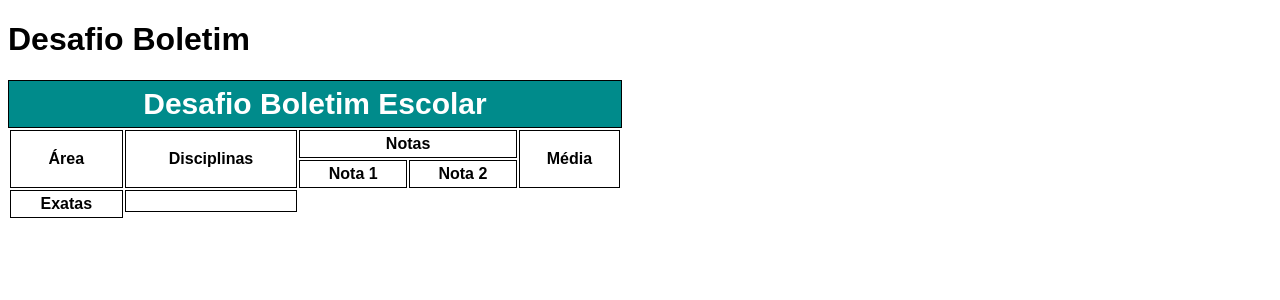
Repository: railsondev/html-css
Page: Módulo3/Desafio/D05 - Tabela Boletim escolar/boletim.html
The author's editor kept a copy of each file at every save. The page is drawn from the files as they stood at one save, then again after a run of saves.
The browser window is 1280 px wide. The pictures show the whole page.

Above is the page before, as saved 2024-10-22 12:38:29.

### Módulo3/Desafio/D05 - Tabela Boletim escolar/boletim.html
<!DOCTYPE html>
<html lang="en">
<head>
  <meta charset="UTF-8">
  <meta name="viewport" content="width=device-width, initial-scale=1.0">
  <title>Tabelas</title>
  <link rel="stylesheet" href="src/css/estilo.css">
</head>
<body>
  <h1>Desafio Boletim</h1>
  <table>
    <caption>Desafio Boletim Escolar</caption>
    <thead>
        <th rowspan="2" scope="rowgroup">Área</th>
        <th rowspan="2" scope="rowgroup">Disciplinas</tg>
        <th colspan="2" scope="colgroup">Notas</th>
        <th rowspan="2" scope="rowgroup">Média</th>
      <tr>
        <th>Nota 1</th>
        <th>Nota 2</th>
      </tr>
    </thead>
    <tbody>
      <tr>
        <th rowspan="4" scope="rowgroup">Exatas</th>
        <td></td>
      </tr>
      <tr></tr>
      <tr></tr>
      <tr></tr>
      <tr></tr>
      <tr></tr>
      <tr></tr>
      <tr></tr>
    </tbody>
  </table>
</body>
</html>

### Módulo3/Desafio/D05 - Tabela Boletim escolar/src/css/estilo.css
@charset 'UTF-8';

body {
  font-family: Arial, Helvetica, sans-serif;
  font-weight: 100px;
}
table, caption {
  border-collapse: separate;
  width: 600px;
}
caption {
  background-color: darkcyan;
  color: white;
  font-weight: bold;
  font-size: 30px;
  border-collapse: collapse;
  border: 1px solid black;
  padding: 6px;
}
td, th {
  border: 1px solid black;
  padding: 4px;
}

After the next 2 saves:
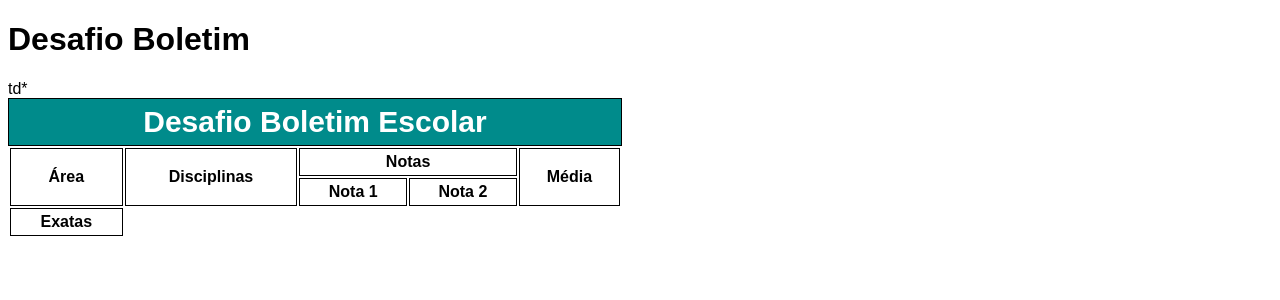
The 2 saves are shown as one change because they came seconds apart.
The last was saved 13 s later.
--- a/Módulo3/Desafio/D05 - Tabela Boletim escolar/boletim.html
+++ b/Módulo3/Desafio/D05 - Tabela Boletim escolar/boletim.html
@@ -23,7 +23,7 @@
     <tbody>
       <tr>
         <th rowspan="4" scope="rowgroup">Exatas</th>
-        <td></td>
+        td*
       </tr>
       <tr></tr>
       <tr></tr>

After the save that followed:
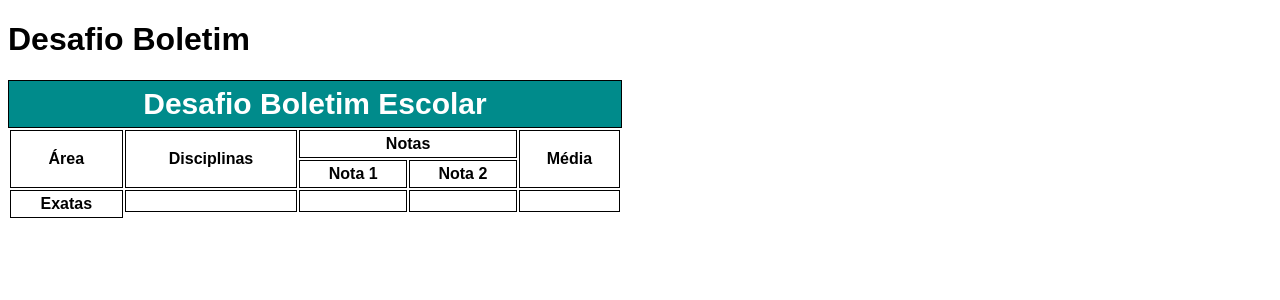
Saved 12 s later.
--- a/Módulo3/Desafio/D05 - Tabela Boletim escolar/boletim.html
+++ b/Módulo3/Desafio/D05 - Tabela Boletim escolar/boletim.html
@@ -23,7 +23,10 @@
     <tbody>
       <tr>
         <th rowspan="4" scope="rowgroup">Exatas</th>
-        td*
+        <td></td>
+        <td></td>
+        <td></td>
+        <td></td>
       </tr>
       <tr></tr>
       <tr></tr>
